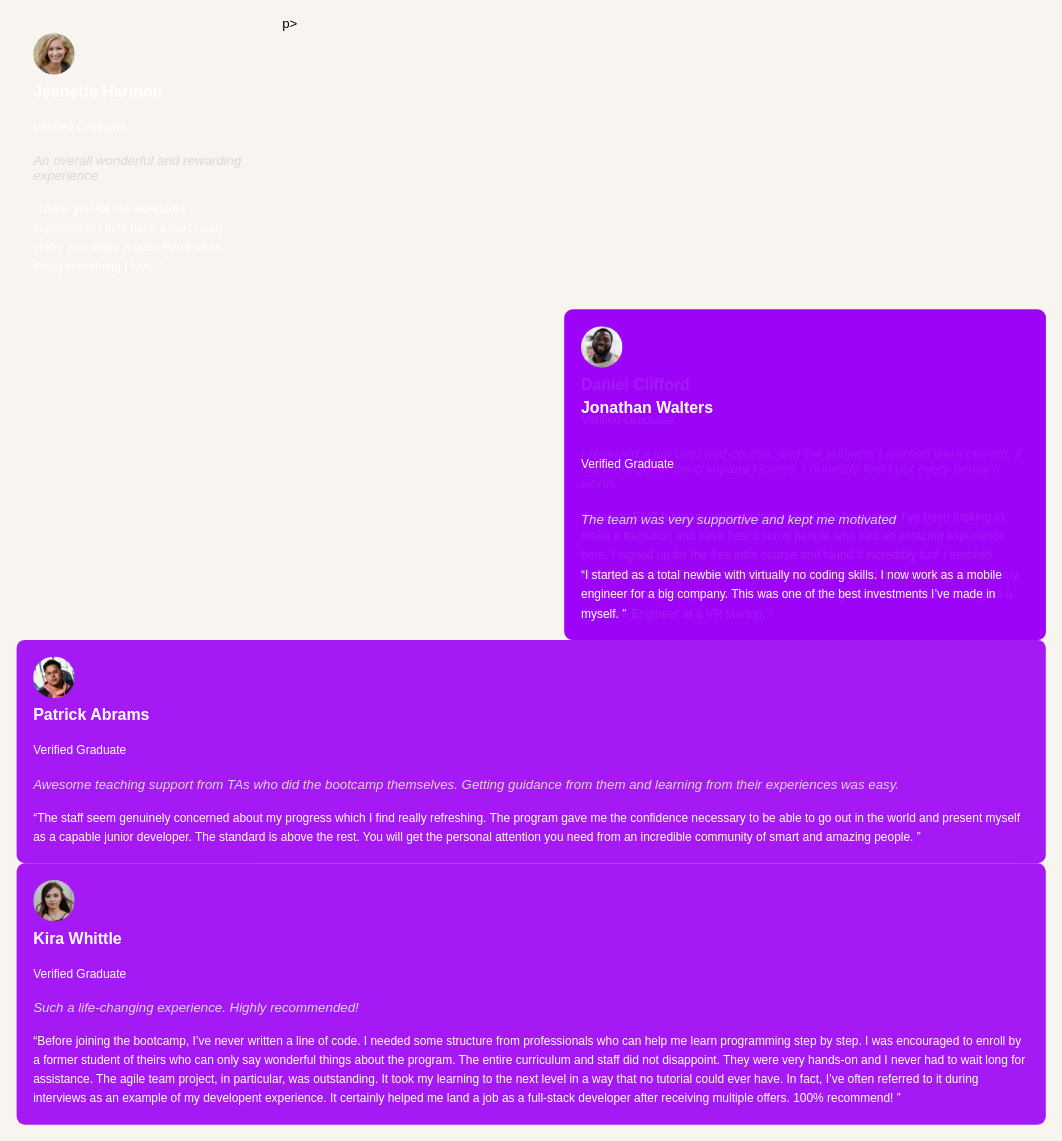
Repository: MagedElRefaey/Grid-Project
Page: Task.html
The author's editor kept a copy of each file at every save. The page is drawn from the files as they stood at one save, then again after the next save.
The browser window is 1280 px wide. The pictures show the whole page, at 83% of full size.

Above is the page before, as saved 2024-09-13 22:47:16.

### Task.html
<!DOCTYPE html>
<html lang="en">
<head>
    <link rel ="stylesheet" href="./Style.css">
    <meta charset="UTF-8">
    <meta name="viewport" content="width=device-width, initial-scale=1.0">
    <title>Document</title>
</head>
<body>
    <div class="Container">
        <div class="Card David"> <img src = "images/image-daniel.jpg">

            <h3>Daniel Clifford</h3>
            <p>Verified Graduate</p>
            <blockquote>
            I received a job offer mid-course, and the subjects I learned were current, if not more so,
            in the company I joined. I honestly feel I got every penny’s worth.</blockquote>

            <p>“I was an EMT for many years before I joined the bootcamp. I’ve been looking to make a
            transition and have heard some people who had an amazing experience here. I signed up
            for the free intro course and found it incredibly fun! I enrolled shortly thereafter.
            The next 12 weeks was the best - and most grueling - time of my life. Since completing
            the course, I’ve successfully switched careers, working as a Software Engineer at a VR startup. ”</p></div>
        <div class="Card Jonathan"><img src = "images/image-jonathan.jpg">
            <h3>Jonathan Walters</h3>
            <p>Verified Graduate</p>

            <blockquote>The team was very supportive and kept me motivated</blockquote>

            <p>“I started as a total newbie with virtually no coding skills. I now work as a mobile engineer
            for a big company. This was one of the best investments I’ve made in myself. ”</p></div>
        <div class="Card Jeanette"> <img src = "images/image-jeanette.jpg">
            <h3>Jeanette Harmon</h3>
            <p>Verified Graduate</p>

            <blockquote>An overall wonderful and rewarding experience</blockquote>

            <p>“Thank you for the wonderful experience! I now have a job I really enjoy, and make a good living
            while doing something I love. ” </div>p> </div>

        <div class="Card Patrick"><img src="images/image-patrick.jpg">
            <h3>Patrick Abrams</h3>
            <p>Verified Graduate</p>

            <blockquote>Awesome teaching support from TAs who did the bootcamp themselves. Getting guidance from them and
            learning from their experiences was easy.</blockquote>

            <p>“The staff seem genuinely concerned about my progress which I find really refreshing. The program
            gave me the confidence necessary to be able to go out in the world and present myself as a capable
            junior developer. The standard is above the rest. You will get the personal attention you need from
            an incredible community of smart and amazing people. ”</p>
           </div>
        <div class="Card Kira"><img src="images/image-kira.jpg">
            <h3>Kira Whittle</h3>
            <p>Verified Graduate</p>

            <blockquote>Such a life-changing experience. Highly recommended!</blockquote>

            <p>“Before joining the bootcamp, I’ve never written a line of code. I needed some structure from
            professionals who can help me learn programming step by step. I was encouraged to enroll by a former
            student of theirs who can only say wonderful things about the program. The entire curriculum and staff
            did not disappoint. They were very hands-on and I never had to wait long for assistance. The agile team
            project, in particular, was outstanding. It took my learning to the next level in a way that no tutorial
            could ever have. In fact, I’ve often referred to it during interviews as an example of my developent
            experience. It certainly helped me land a job as a full-stack developer after receiving multiple offers.
            100% recommend! ”</p> </div>
    </div>
</body>
</html>

### Style.css
*{
    margin:0;
    padding: 0;
    box-sizing: border-box;
    font-family: Arial, sans-serif;
}
body{
    background-color: rgb(248, 245, 240);
    padding: 20px;
}
.Container {
    display: grid;
    grid-template-columns: repeat(auto-fit, minmax(300px, 1fr));
    gap: 20px;
}
.Card{
    padding: 20px;
    border-radius: 10px;
    color: white;
    display: flex;
    flex-direction: column;
    justify-content: space-between;
    align-items: start;
    gap: 10px;
}
.Card img{
    width: 50px;
    height: 50px;
    border-radius: 50%;
    object-fit: cover;

}
.David{
    grid-area:David;
    /* height: 100%;
    width: 100%;
    border: 3px solid black; */
    /* padding: 20px 0; */
    background-color: #9c00f7e5;
}
.Jonathan{
    grid-area:Jonathan;
    /* height: 100%;
    width: 100%;
    border: 3px solid black; */
    /* padding: 20px 0; */
    background-color: #9c00f7e5;
}
.Jeantette{
    grid-area:Jeantette;
    /* height: 100%;
    width: 100%;
    border: 3px solid black; */
    /* padding: 20px 0; */
    background-color: #9c00f7e5;
}
.Patrick{
    grid-area:Patrick;
    /* height: 100%;
    width: 100%;
    border: 3px solid black; */
    /* padding: 20px 0; */
    background-color: #9c00f7e5;
}
.Kira{
    grid-area:Kira;
    /* height: 100%;
    width: 100%;
    border: 3px solid black; */
    /* padding: 20px 0; */
    background-color: #9c00f7e5;
}
h3{
    margin-bottom: 10px;
    font-size: 1.2rem;
}
p{
    font-size: 0.9rem;
    line-height: 1.6;

}
blockquote {
    font-style: italic;
    color: #d9d9d9; /* Lighter color for contrast */
    margin: 10px 0;
}

After the next save:
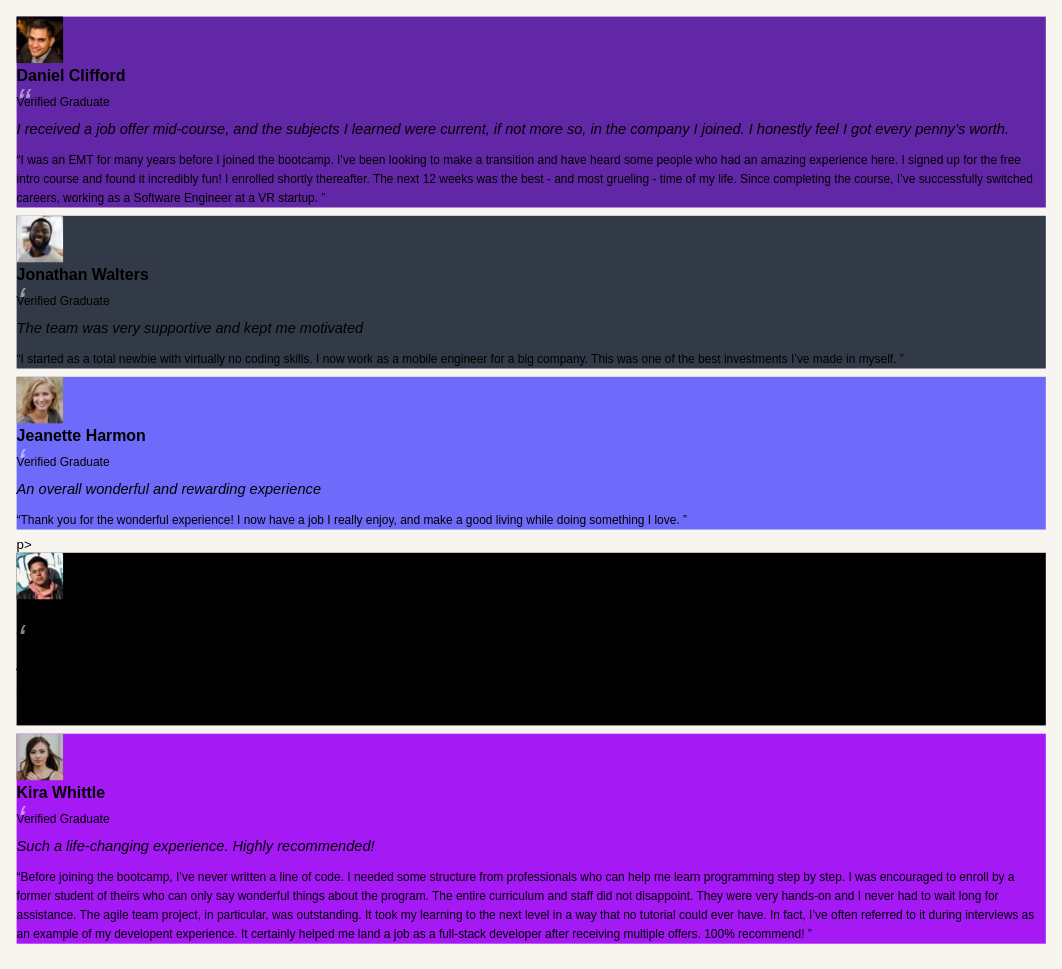
Saved 96 s later.
--- a/Style.css
+++ b/Style.css
@@ -1,86 +1,88 @@
-*{
-    margin:0;
+* {
+    margin: 0;
     padding: 0;
     box-sizing: border-box;
     font-family: Arial, sans-serif;
 }
-body{
+
+body {
     background-color: rgb(248, 245, 240);
     padding: 20px;
 }
-.Container {
+
+.container {
     display: grid;
-    grid-template-columns: repeat(auto-fit, minmax(300px, 1fr));
+    grid-template-columns: repeat(4, 1fr);
+    grid-template-areas:
+        "David David Jonathan Jonathan"
+        "Jeanette Jeanette Patrick Patrick"
+        "Kira Kira Kira Kira";
     gap: 20px;
 }
-.Card{
+
+.testimonial {
     padding: 20px;
     border-radius: 10px;
     color: white;
     display: flex;
     flex-direction: column;
     justify-content: space-between;
-    align-items: start;
-    gap: 10px;
 }
-.Card img{
-    width: 50px;
-    height: 50px;
-    border-radius: 50%;
-    object-fit: cover;
 
+.David {
+    grid-area: David;
+    background-color: #6227a6;
 }
-.David{
-    grid-area:David;
-    /* height: 100%;
-    width: 100%;
-    border: 3px solid black; */
-    /* padding: 20px 0; */
+
+.Jonathan {
+    grid-area: Jonathan;
+    background-color: #313a46;
+}
+
+.Jeanette {
+    grid-area: Jeanette;
+    background-color: #6e6bfa;
+}
+
+.Patrick {
+    grid-area: Patrick;
+    background-color: #000000;
+}
+
+.Kira {
+    grid-area: Kira;
     background-color: #9c00f7e5;
 }
-.Jonathan{
-    grid-area:Jonathan;
-    /* height: 100%;
-    width: 100%;
-    border: 3px solid black; */
-    /* padding: 20px 0; */
-    background-color: #9c00f7e5;
-}
-.Jeantette{
-    grid-area:Jeantette;
-    /* height: 100%;
-    width: 100%;
-    border: 3px solid black; */
-    /* padding: 20px 0; */
-    background-color: #9c00f7e5;
-}
-.Patrick{
-    grid-area:Patrick;
-    /* height: 100%;
-    width: 100%;
-    border: 3px solid black; */
-    /* padding: 20px 0; */
-    background-color: #9c00f7e5;
-}
-.Kira{
-    grid-area:Kira;
-    /* height: 100%;
-    width: 100%;
-    border: 3px solid black; */
-    /* padding: 20px 0; */
-    background-color: #9c00f7e5;
-}
-h3{
+
+h3 {
     margin-bottom: 10px;
     font-size: 1.2rem;
 }
-p{
+
+.verified {
+    font-size: 0.9rem;
+    opacity: 0.7;
+}
+
+blockquote {
+    font-size: 1.1rem;
+    font-style: italic;
+    margin-bottom: 15px;
+    position: relative;
+}
+
+blockquote:before {
+    content: open-quote;
+    font-size: 3rem;
+    line-height: 0;
+    color: rgba(255, 255, 255, 0.5);
+    position: absolute;
+    top: -20px;
+    left: 0;
+}
+
+p {
     font-size: 0.9rem;
     line-height: 1.6;
-
+    margin-bottom: 10px;
 }
-blockquote {
-    font-style: italic;
-    color: #d9d9d9; /* Lighter color for contrast */
-    margin: 10px 0;
-}

After the save that followed:
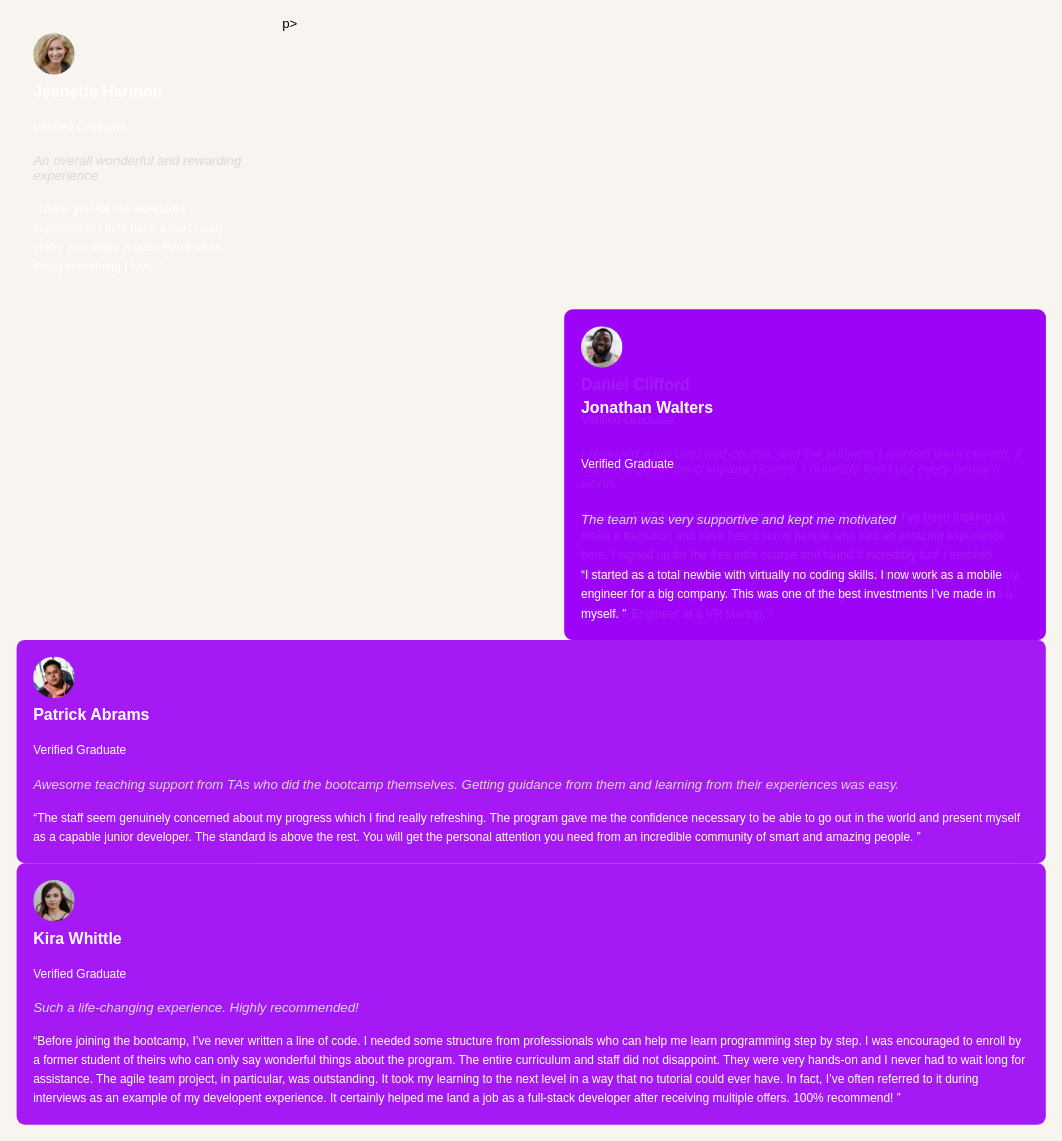
Saved 7 s later.
--- a/Style.css
+++ b/Style.css
@@ -1,88 +1,86 @@
-* {
-    margin: 0;
+*{
+    margin:0;
     padding: 0;
     box-sizing: border-box;
     font-family: Arial, sans-serif;
 }
-
-body {
+body{
     background-color: rgb(248, 245, 240);
     padding: 20px;
 }
-
-.container {
+.Container {
     display: grid;
-    grid-template-columns: repeat(4, 1fr);
-    grid-template-areas:
-        "David David Jonathan Jonathan"
-        "Jeanette Jeanette Patrick Patrick"
-        "Kira Kira Kira Kira";
+    grid-template-columns: repeat(auto-fit, minmax(300px, 1fr));
     gap: 20px;
 }
-
-.testimonial {
+.Card{
     padding: 20px;
     border-radius: 10px;
     color: white;
     display: flex;
     flex-direction: column;
     justify-content: space-between;
+    align-items: start;
+    gap: 10px;
 }
+.Card img{
+    width: 50px;
+    height: 50px;
+    border-radius: 50%;
+    object-fit: cover;
 
-.David {
-    grid-area: David;
-    background-color: #6227a6;
 }
-
-.Jonathan {
-    grid-area: Jonathan;
-    background-color: #313a46;
-}
-
-.Jeanette {
-    grid-area: Jeanette;
-    background-color: #6e6bfa;
-}
-
-.Patrick {
-    grid-area: Patrick;
-    background-color: #000000;
-}
-
-.Kira {
-    grid-area: Kira;
+.David{
+    grid-area:David;
+    /* height: 100%;
+    width: 100%;
+    border: 3px solid black; */
+    /* padding: 20px 0; */
     background-color: #9c00f7e5;
 }
-
-h3 {
+.Jonathan{
+    grid-area:Jonathan;
+    /* height: 100%;
+    width: 100%;
+    border: 3px solid black; */
+    /* padding: 20px 0; */
+    background-color: #9c00f7e5;
+}
+.Jeantette{
+    grid-area:Jeantette;
+    /* height: 100%;
+    width: 100%;
+    border: 3px solid black; */
+    /* padding: 20px 0; */
+    background-color: #9c00f7e5;
+}
+.Patrick{
+    grid-area:Patrick;
+    /* height: 100%;
+    width: 100%;
+    border: 3px solid black; */
+    /* padding: 20px 0; */
+    background-color: #9c00f7e5;
+}
+.Kira{
+    grid-area:Kira;
+    /* height: 100%;
+    width: 100%;
+    border: 3px solid black; */
+    /* padding: 20px 0; */
+    background-color: #9c00f7e5;
+}
+h3{
     margin-bottom: 10px;
     font-size: 1.2rem;
 }
-
-.verified {
-    font-size: 0.9rem;
-    opacity: 0.7;
-}
-
-blockquote {
-    font-size: 1.1rem;
-    font-style: italic;
-    margin-bottom: 15px;
-    position: relative;
-}
-
-blockquote:before {
-    content: open-quote;
-    font-size: 3rem;
-    line-height: 0;
-    color: rgba(255, 255, 255, 0.5);
-    position: absolute;
-    top: -20px;
-    left: 0;
-}
-
-p {
+p{
     font-size: 0.9rem;
     line-height: 1.6;
-    margin-bottom: 10px;
+
 }
+blockquote {
+    font-style: italic;
+    color: #d9d9d9; /* Lighter color for contrast */
+    margin: 10px 0;
+}
